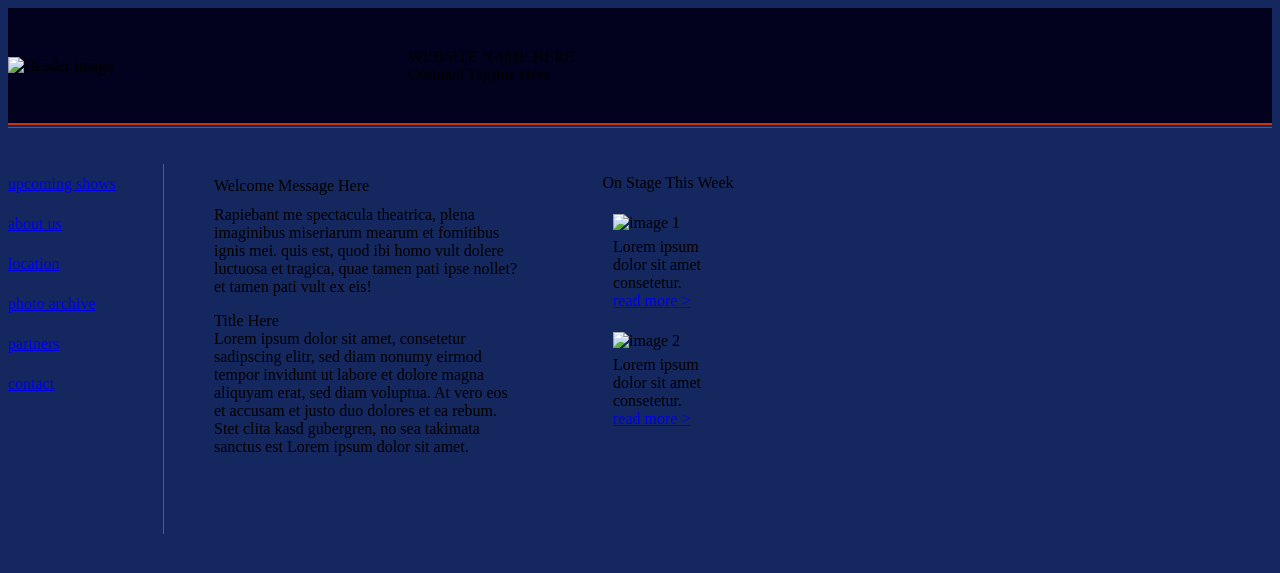
Repository: jagrajSidhu/eExhibition.com
Page: http://localhost/eExhibition/
These files come from the project's save history. The page is drawn as it stood at one moment and after the next save; the edit follows.
The browser window is 1280 px wide. The pictures show the whole page.
The page is served by Tomcat 9.

Above is the page before, as saved 2014-10-16 20:54:45.
Not found: eExhibition/eExhibition/style/mm_entertainment.css
Not found: eExhibition/eExhibition/style/mm_entertainment_image.jpg
Not found: eExhibition/eExhibition/style/mm_entertainment_image1.jpg

After the next save:
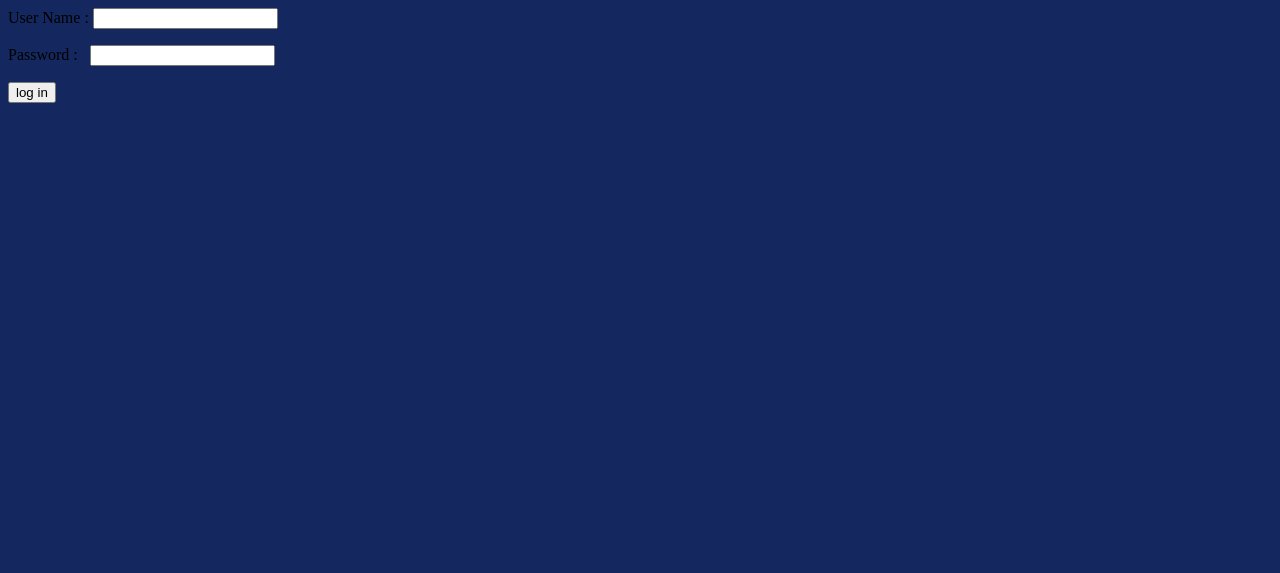
Saved 53 min 7 s later.
--- a/eExhibition/WebContent/index.jsp
+++ b/eExhibition/WebContent/index.jsp
@@ -5,122 +5,12 @@
 <!-- DW6 -->
 <head>
 <!-- Copyright 2005 Macromedia, Inc. All rights reserved. -->
-<title>Entertainment - Home Page</title>
+<title>eExibition - Home Page</title>
 <meta http-equiv="Content-Type" content="text/html; charset=utf-8" />
-<link rel="stylesheet" href="style/mm_entertainment.css" type="text/css" />
+
 </head>
 <body bgcolor="#14285f">
-<table width="100%" border="0" cellspacing="0" cellpadding="0">
-  <tr bgcolor="02021e">
-    <td width="400" colspan="4" rowspan="2" nowrap="nowrap"><img src="style/mm_entertainment_image.jpg" alt="Header image" width="400" height="140" border="0" /></td>
-    <td width="360" height="58" nowrap="nowrap" colspan="3" id="logo" valign="bottom">WEBSITE NAME HERE</td>
-    <td width="100%">&nbsp;</td>
-  </tr>
-  <tr bgcolor="02021E">
-    <td height="57" nowrap="nowrap" colspan="3" id="tagline" valign="top">Optional Tagline
-      Here</td>
-	<td width="100%">&nbsp;</td>
-  </tr>
-  <tr>
-    <td colspan="8" bgcolor="#cc3300"><img src="style/mm_spacer.gif" alt="" width="1" height="2" border="0" /></td>
-  </tr>
-
-   <tr>
-    <td colspan="8"><img src="style/mm_spacer.gif" alt="" width="1" height="2" border="0" /></td>
-  </tr>
-
-   <tr>
-    <td colspan="8" bgcolor="#cc3300"><img src="style/mm_spacer.gif" alt="" width="1" height="1" border="0" /></td>
-  </tr>
-
-   <tr>
-    <td colspan="8">&nbsp;<br />
-	&nbsp;<br />	</td>
-  </tr>
-  <tr>
-    <td width="155" valign="top" height="370">
-	<table border="0" cellspacing="0" cellpadding="0" width="155" id="navigation">
-        <tr>
-          <td width="155" height="40"><a href="javascript:;">upcoming shows</a></td>
-        </tr>
-        <tr>
-          <td width="155" height="40"><a href="javascript:;">about us</a></td>
-        </tr>
-        <tr>
-          <td width="155" height="40"><a href="javascript:;">location</a></td>
-        </tr>
-        <tr>
-           <td width="155" height="40"><a href="javascript:;">photo archive</a></td>
-        </tr>
-        <tr>
-           <td width="155" height="40"><a href="javascript:;">partners</a></td>
-        </tr>
-        <tr>
-           <td width="155" height="40"><a href="javascript:;">contact</a></td>
-        </tr>
-      </table></td>
-    <td width="1" bgcolor="#445DA0"><img src="style/mm_spacer.gif" alt="" width="1" height="1" border="0" /></td>
-    <td width="50"><img src="style/mm_spacer.gif" alt="" width="50" height="1" border="0" /></td>
-    <td width="304" colspan="2" valign="top"><img src="style/mm_spacer.gif" alt="" width="304" height="1" border="0" /><br />
-	<table border="0" cellspacing="0" cellpadding="0" width="304">
-        <tr>
-          <td height="41" class="pageName">Welcome Message Here</td>
-        </tr>
-        <tr>
-          <td class="bodyText">Rapiebant me spectacula theatrica, plena imaginibus
-            miseriarum mearum et fomitibus ignis mei. quis est, quod ibi homo
-            vult dolere luctuosa et tragica, quae tamen pati ipse nollet? et tamen
-            pati vult ex eis!
-
-			<p><span class="subHeader">Title Here</span><br />
-            Lorem ipsum dolor sit amet, consetetur sadipscing elitr, sed diam
-              nonumy eirmod tempor invidunt ut labore et dolore magna aliquyam
-              erat, sed diam voluptua. At vero eos et accusam et justo duo dolores
-              et ea rebum. Stet clita kasd gubergren, no sea takimata sanctus
-              est Lorem ipsum dolor sit amet. </p>            </td>
-        </tr>
-      </table>	</td>
-    <td width="50"><img src="style/mm_spacer.gif" alt="" width="50" height="1" border="0" /></td>
-    <td width="200" valign="top"><img src="style/mm_spacer.gif" alt="" width="1" height="10" border="0" /><br />
-     <table border="0" cellspacing="0" cellpadding="0" width="200">
-        <tr>
-          <td colspan="3" id="sidebarHeader" class="sidebarHeader" align="center">On Stage This Week</td>
-        </tr>
-
-        <tr>
-		<td width="45"><img src="style/mm_spacer.gif" alt="" width="40" height="1" border="0" /></td>
-		<td width="110" id="sidebar" class="smallText">
-			<p><img src="style/mm_entertainment_image1.jpg" alt="image 1" width="110" height="110" border="0" vspace="6" /><br />
-            Lorem ipsum dolor sit amet consetetur.<br /> <a href="javascript:;">read more &gt;</a></p>
-
-			<p><img src="style/mm_entertainment_image2.jpg" alt="image 2" width="110" height="110" border="0" vspace="6" /><br />
-              Lorem ipsum dolor sit amet consetetur.<br />
-              <a href="javascript:;">read more &gt;</a><br /></p>
-			   <br />
-			  &nbsp;<br />
-			  &nbsp;<br />
-			  &nbsp;<br />          </td>
-         <td width="45">&nbsp;</td>
-        </tr>
-      </table>
-      <br /> </td>
-    <td width="100%">&nbsp;</td>
-  </tr>
-  <tr>
-    <td width="155">&nbsp;</td>
-    <td width="1"></td>
-    <td width="50">&nbsp;</td>
-    <td width="194">&nbsp;</td>
-    <td width="110">&nbsp;</td>
-    <td width="50">&nbsp;</td>
-    <td width="200">&nbsp;</td>
-    <td width="100%">&nbsp;</td>
-  </tr>
-</table>
-</body>
-</html>
-
-<!--  <form id="form1" name="form1" action="login.jsp" method="post" >
+ <form id="form1" name="form1" action="login.jsp" method="post" >
       <label>User Name :
         <input type="text" name="name" />
         </label>
@@ -137,4 +27,9 @@
       </p>
 
     </form>
-    -->
+
+
+
+
+</body>
+</html>
